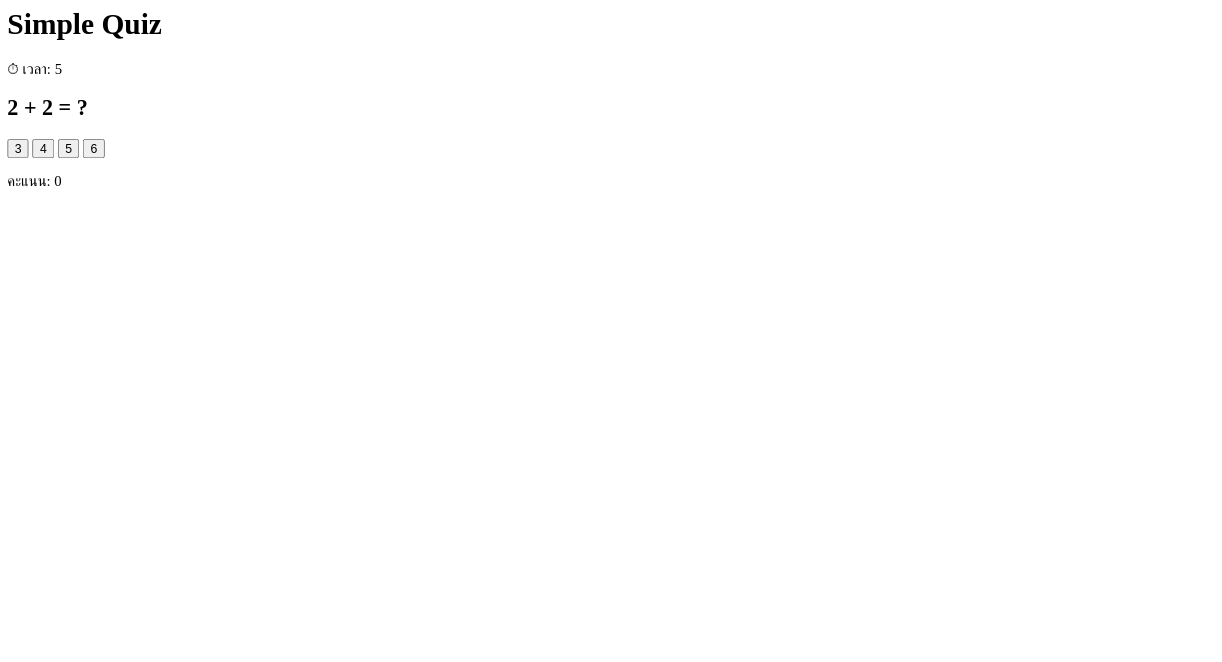
Repository: staggil/thesis
Page: private/exercises/quiz.html
These files come from the project's save history. The page is drawn as it stood at one moment and after the next save; the edit follows.
The browser window is 1280 px wide. The page is 1280 px wide, then 1328 px, so the pictures cover 1328 px, including what lies to the right of the window. The pictures show the whole page, at 92% of full size.
The page's requests for data from a server got no answer.

Above is the page before, as saved 2025-12-16 09:15:38.

After the next save:
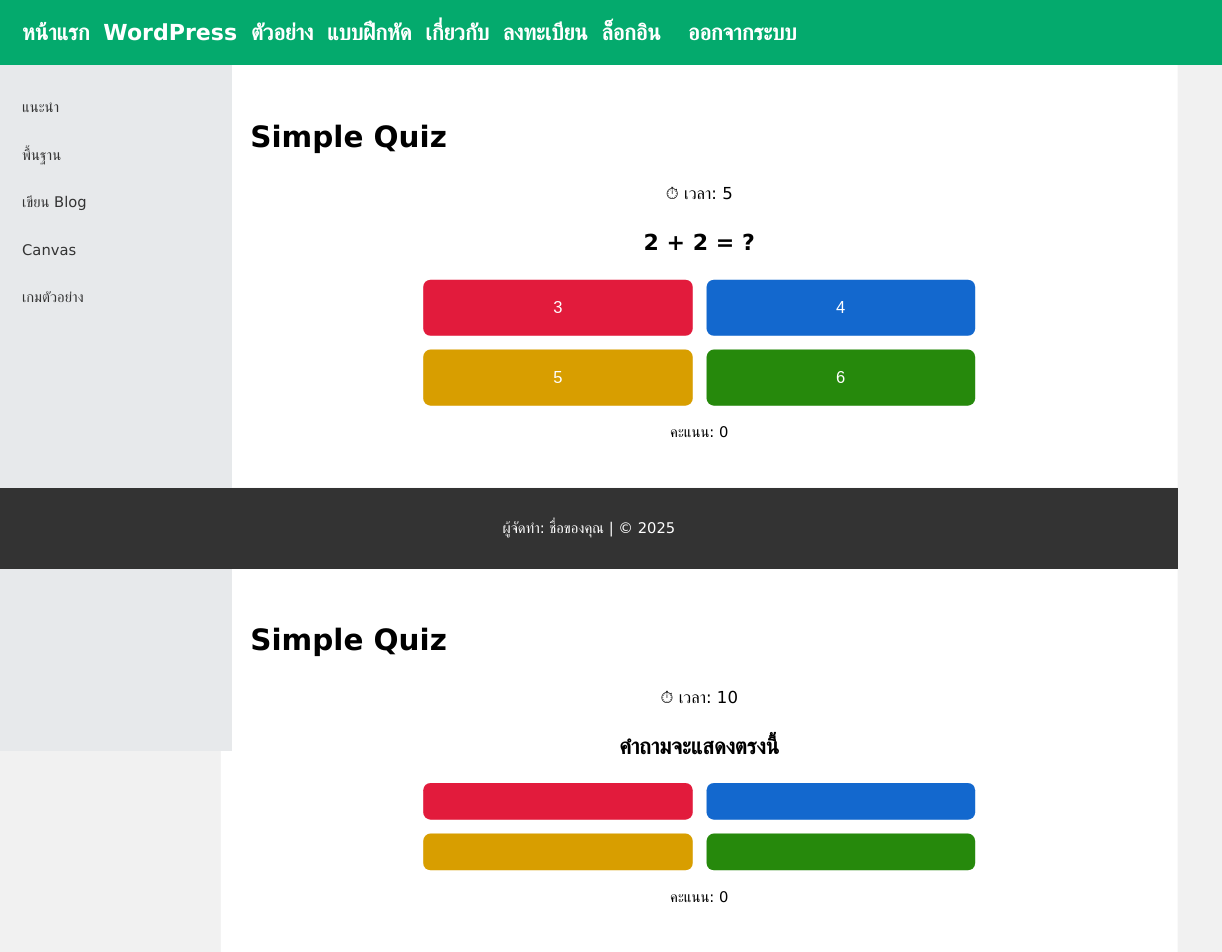
Saved 3 min 32 s later.
--- a/private/exercises/quiz.html
+++ b/private/exercises/quiz.html
@@ -1,3 +1,51 @@
+<!DOCTYPE html>
+<html lang="th">
+<head>
+    <meta charset="UTF-8">
+    <meta name="viewport" content="width=device-width, initial-scale=1.0">
+    <title>หน้าแรก</title>
+    <link rel="stylesheet" href="/style.css">
+    <script src="/script.js" defer></script>
+</head>
+<body data-sidebar="/components/sidebar.html">
+
+    <!-- header -->
+    <div id="header-placeholder"></div>
+
+
+
+   <div id="sidebar-placeholder"></div>
+<div class="layout">
+    <!-- content -->
+    <main id="main-content">
+         <h1>Simple Quiz</h1>
+
+    <div id="quiz-container">
+        <div id="timer">⏱ เวลา: <span id="time">10</span></div>
+
+        <h2 id="question">คำถามจะแสดงตรงนี้</h2>
+
+        <div class="choices">
+            <button class="choice red"></button>
+            <button class="choice blue"></button>
+            <button class="choice yellow"></button>
+            <button class="choice green"></button>
+        </div>
+
+        <p id="score">คะแนน: 0</p>
+    </div>
+    </main>
+</div>
+
+    <!-- footer -->
+    <div id="footer-placeholder"></div>
+
+</body>
+</html>
+
+
+<!-- โหลด quiz หลัง script.js -->
+<script src="/quiz.js" defer></script>
 <main id="main-content">
     <h1>Simple Quiz</h1>
 
